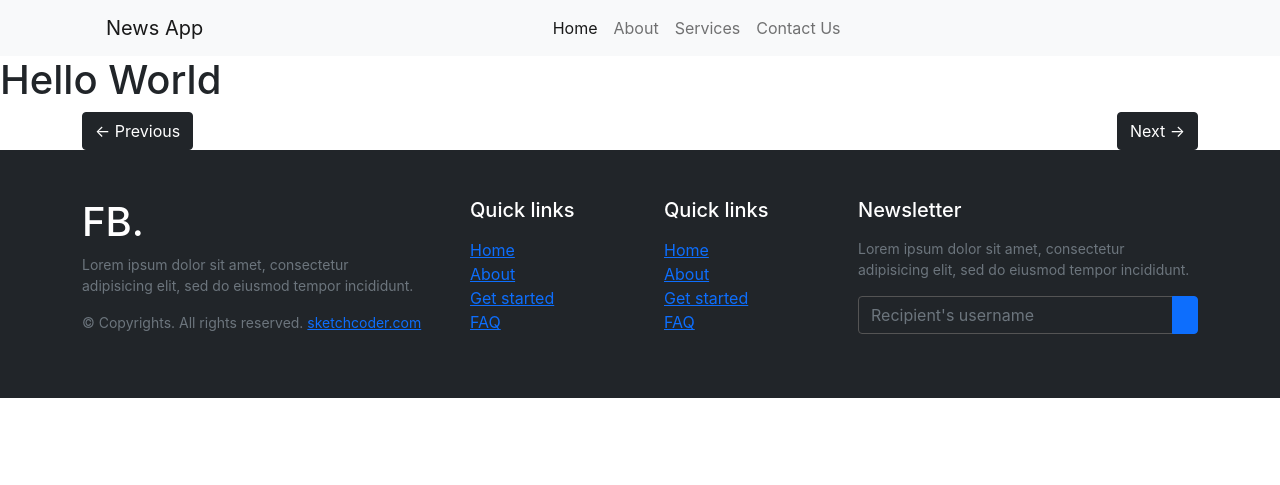
Repository: ZainAkbar51214/News-Site
Page: /
The author's editor kept a copy of each file at every save. The page is drawn from the files as they stood at one save, then again after the next save.
The browser window is 1280 px wide. The pictures show the whole page.
The page's requests for data from a server got no answer. The project was rebuilt for these pictures with package versions that can differ from the ones it lists, and the page was loaded fresh each time. A package was used in the major version that the imports need, not the one package.json lists. No one was signed in, and anything a server would have sent is missing. Also part of the build but not shown: src/Components/pages/About.jsx, src/App.css, src/Components/Layouts/NewsItem.js.

Above is the page before, as saved 2023-12-17 02:28:07.

After the next save:
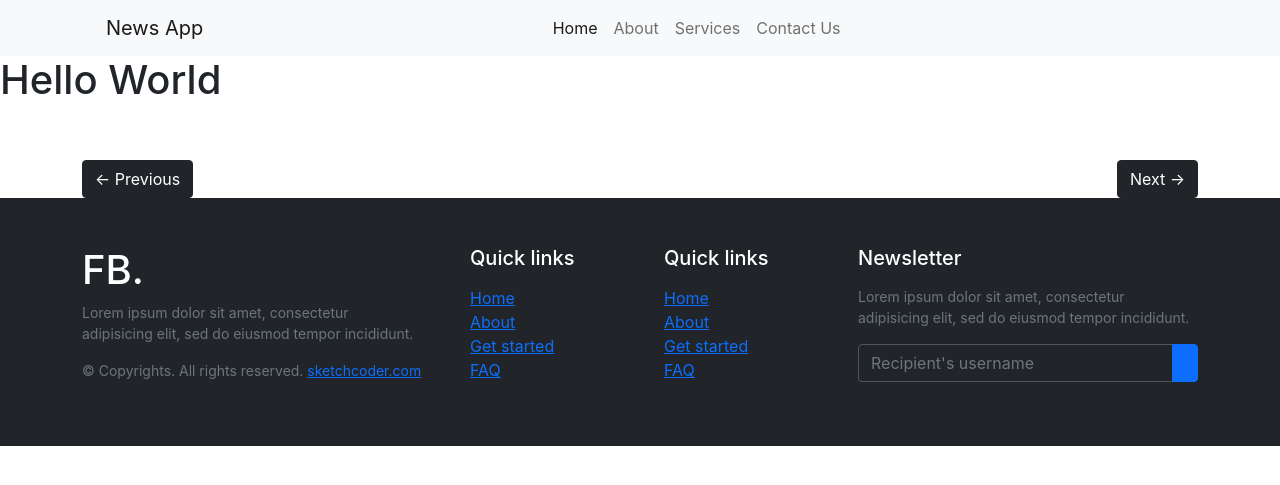
Saved 7 s later.
--- a/src/Components/Layouts/News.js
+++ b/src/Components/Layouts/News.js
@@ -42,7 +42,7 @@ class News extends Component {
                         })}
 
                     </div>
-                    <div className='col-lg-12 d-flex justify-content-between'>
+                    <div className='col-lg-12 d-flex justify-content-between mt-5'>
                         <button type='button' className='btn btn-dark' onClick={this.handPrevClick}>&larr; Previous</button>
                         <button type='button' className='btn btn-dark' onClick={this.handNextClick}>Next &rarr;</button>
                     </div>
